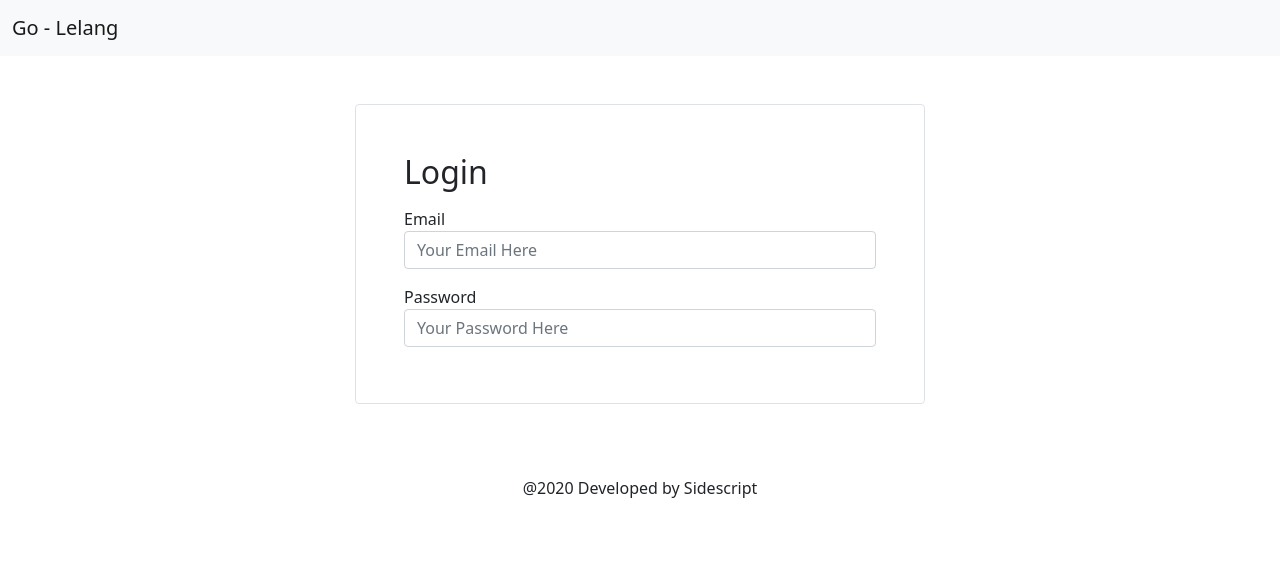
Repository: khulqu15/Go---Lelalng
Page: http://localhost/login
The author's editor kept a copy of each file at every save. The page is drawn from the files as they stood at one save, then again after the next save.
The browser window is 1280 px wide. The pictures show the whole page.
The page is served by the project's Laravel application, run on PHP 8.4 with Laravel 8.

Above is the page before, as saved 2021-02-22 15:52:40.

After the next save:
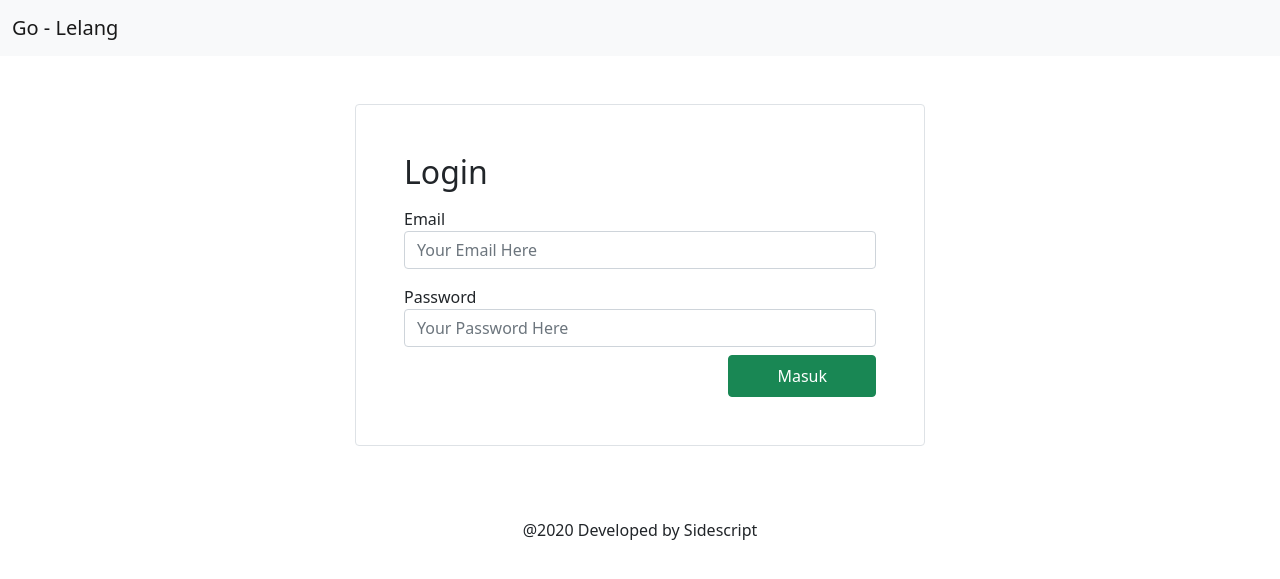
Saved 42 s later.
--- a/resources/views/auth/login.blade.php
+++ b/resources/views/auth/login.blade.php
@@ -15,6 +15,9 @@
                 <label for="password">Password</label>
                 <input type="password" id="password" name="password" class="form-control" placeholder="Your Password Here">
             </div>
+            <div class="text-right">
+                <button class="btn btn-success px-5 py-2" type="submit">Masuk</button>
+            </div>
         </div>
     </div>
 </div>
